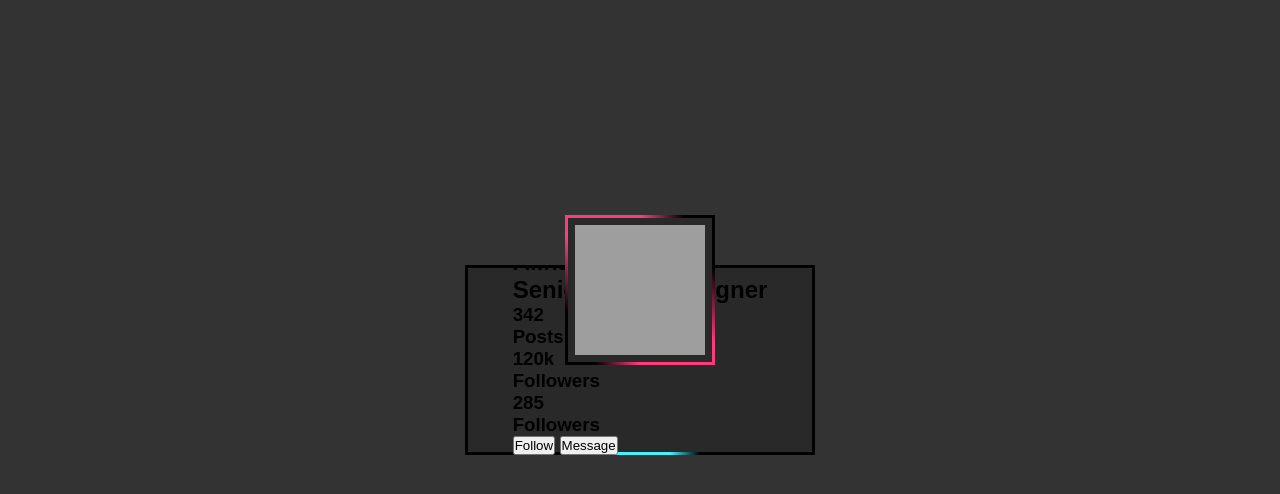
Repository: SeungYn/Javascript-study-toy
Page: profile-card/index.html
The author's editor kept a copy of each file at every save. The page is drawn from the files as they stood at one save, then again after the next save.
The browser window is 1280 px wide. The pictures show the whole page.
Pictures or frames that could not be fetched are drawn as grey boxes.

Above is the page before, as saved 2023-01-12 15:52:29.

### profile-card/index.html
<!DOCTYPE html>
<html lang="en">
  <head>
    <meta charset="UTF-8" />
    <meta http-equiv="X-UA-Compatible" content="IE=edge" />
    <meta name="viewport" content="width=device-width, initial-scale=1.0" />
    <title>Document</title>
    <link rel="stylesheet" href="./style.css" />
  </head>
  <body>
    <div class="card">
      <div class="lines"></div>
      <div class="imgBx">
        <img src="수업자료.jpg" />
      </div>
      <div class="content">
        <div class="details">
          <h2>Alina Smith<br /><span>Senior UX/UI Designer</span></h2>
          <div class="data">
            <h3>342<br /><span>Posts</span></h3>
            <h3>120k<br /><span>Followers</span></h3>
            <h3>285<br /><span>Followers</span></h3>
          </div>
          <div class="actionBtn">
            <button>Follow</button>
            <button>Message</button>
          </div>
        </div>
      </div>
    </div>
  </body>
</html>

### profile-card/style.css
@import url('https://fonts.googleapis.com/css?family-Popins:100,200,300,400,500,600,700,800,900');

* {
  margin: 0;
  padding: 0;
  box-sizing: border-box;
  font-family: 'Popins', sans-serif;
}

body {
  display: flex;
  justify-content: center;
  align-items: center;
  min-height: 100vh;
  background: #333;
}

.card {
  position: relative;
  width: 350px;
  height: 190px;
  background: #333;
  transition: 0.5s;
}

.card:hover {
  height: 450px;
}

.card .lines {
  position: absolute;
  inset: 0;
  background: #000;
  overflow: hidden;
}

.card .lines::before {
  content: '';
  position: absolute;
  top: 50%;
  left: 50%;
  transform: translate(-50%, -50%);
  width: 600px;
  height: 120px;
  background: linear-gradient(
    transparent,
    #45f3ff,
    #45f3ff,
    #45f3ff,
    transparent
  );
  animation: animate 4s linear infinite;
}

@keyframes animate {
  0% {
    transform: translate(-50%, -50%) rotate(0deg);
  }

  100% {
    transform: translate(-50%, -50%) rotate(360deg);
  }
}

.card .lines::after {
  content: '';
  position: absolute;
  inset: 3px;
  background-color: #292929;
}

.card .imgBx {
  position: absolute;
  left: 50%;
  top: -50px;
  transform: translateX(-50%);
  width: 150px;
  height: 150px;
  background: #000;
  transition: 0.5s;
  z-index: 10;
  overflow: hidden;
}

.card:hover .imgBx {
  width: 250px;
  height: 250px;
}
.card .imgBx::before {
  content: '';
  position: absolute;
  top: 50%;
  left: 50%;
  width: 500px;
  height: 150px;
  transform: translate(-50%, -50%);
  background: linear-gradient(
    transparent,
    #ff3c7b,
    #ff3c7b,
    #ff3c7b,
    transparent
  );
  animation: animate2 6s linear infinite;
}

@keyframes animate2 {
  0% {
    transform: translate(-50%, -50%) rotate(360deg);
  }

  100% {
    transform: translate(-50%, -50%) rotate(0deg);
  }
}

.card .imgBx::after {
  content: '';
  position: absolute;
  inset: 3px;
  background: #292929;
}

.card .imgBx img {
  position: absolute;
  top: 10px;
  left: 10px;
  z-index: 1;
  width: calc(100% - 20px);
  height: calc(100% - 20px);
  filter: grayscale(1);
}

.card .content {
  position: absolute;
  width: 100%;
  height: 100%;
  display: flex;
  justify-content: center;
  align-items: flex-end;
  overflow: hidden;
}

After the next save:
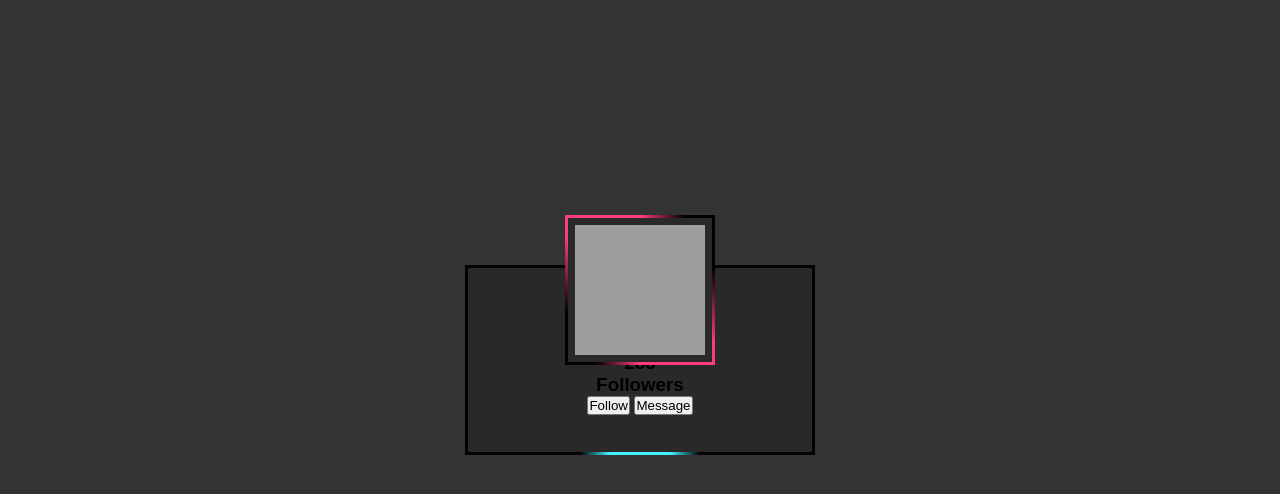
Saved 24 s later.
--- a/profile-card/style.css
+++ b/profile-card/style.css
@@ -140,3 +140,8 @@ body {
   align-items: flex-end;
   overflow: hidden;
 }
+
+.card .content .details {
+  padding: 40px;
+  text-align: center;
+}
